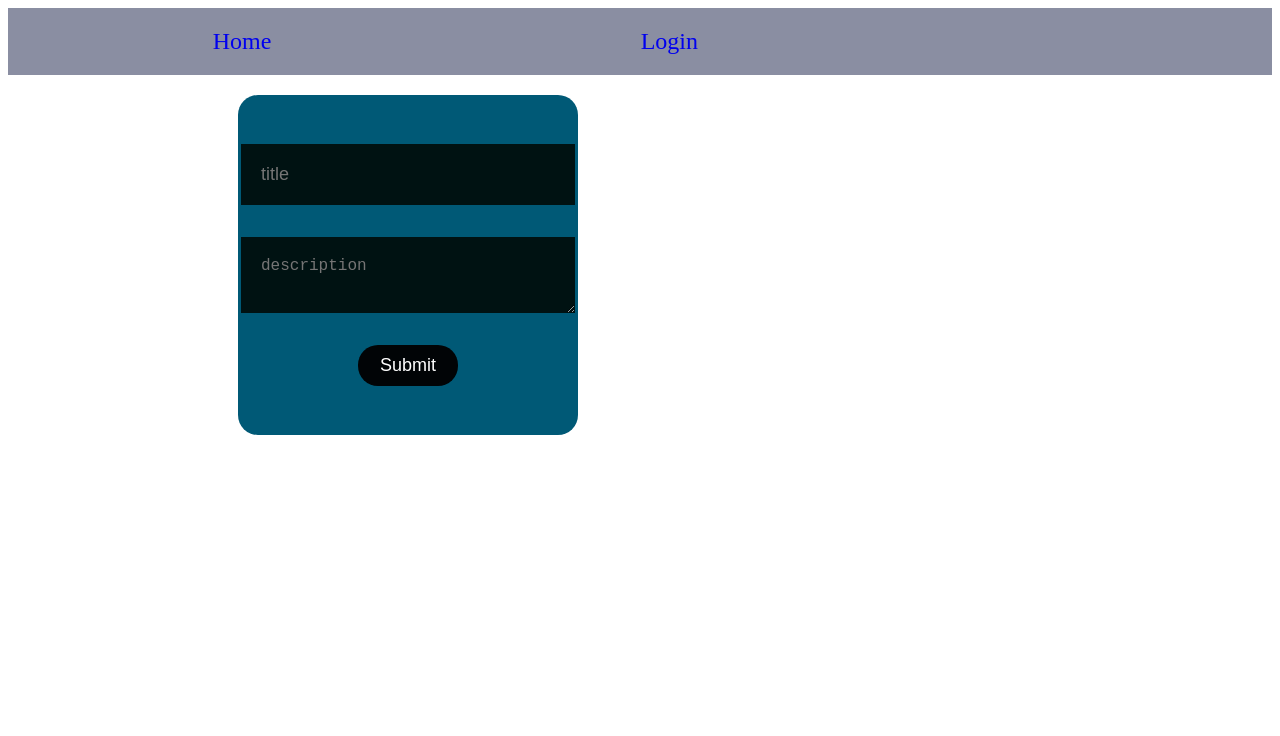
Repository: albinsabu2023/postapp
Page: /createpost
These files come from the project's save history. The page is drawn as it stood at one moment and after a run of saves; the edit follows.
The browser window is 1280 px wide. The pictures show the whole page.
The pointer rests on the first visible `.submitButton`.
The project was rebuilt for these pictures with package versions that can differ from the ones it lists, and the page was loaded fresh each time. Also part of the build but not shown: src/index.css, src/Components/main/PostCard.css, src/Components/main/PostCard.tsx, src/Components/main/Home.css, src/Components/main/Home.tsx, src/Components/Login.tsx.

Above is the page before, as saved 2024-02-06 03:25:04.

After the next 2 saves:
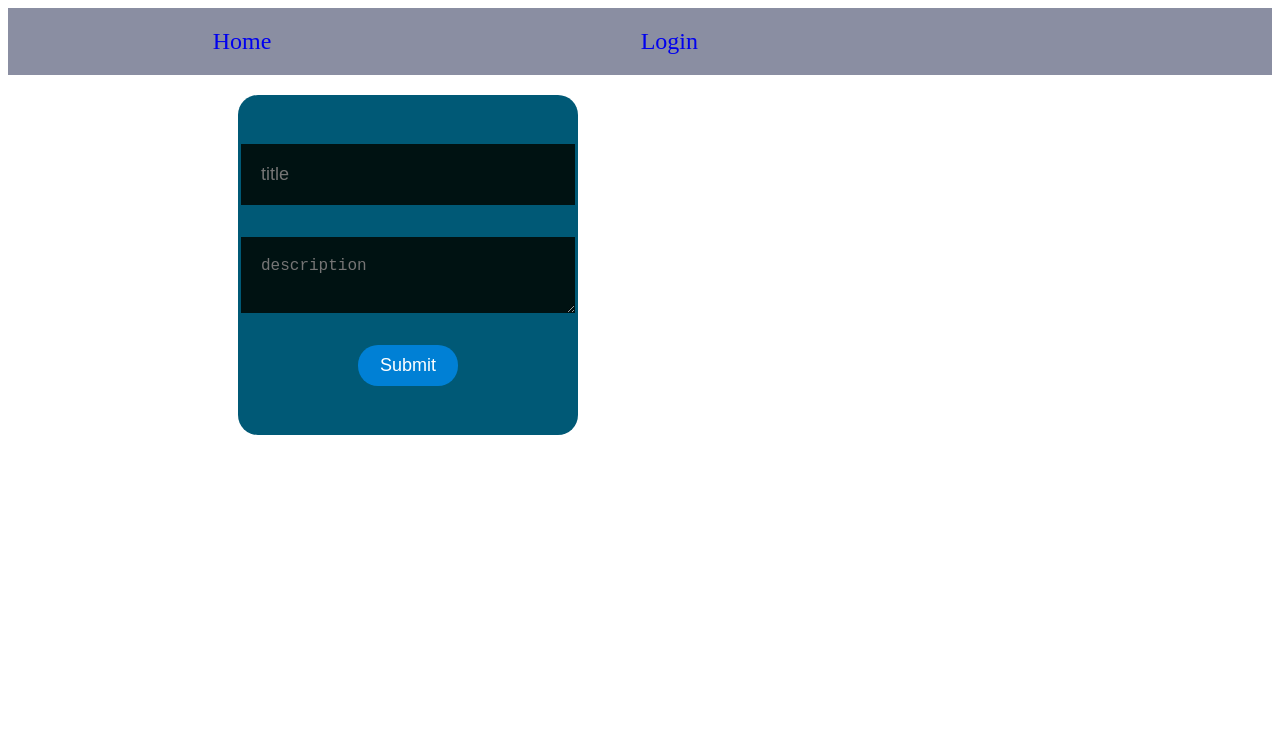
The 2 saves are shown as one change because they came seconds apart.
The last was saved 29 s later.
--- a/src/create-post/CreateForm.css
+++ b/src/create-post/CreateForm.css
@@ -36,7 +36,7 @@
 
 }
 .submitButton:hover {
-    background-color: rgb(1, 4, 6);
+    background-color: rgb(0, 128, 213);
     border-radius: 20px;
     width: 100px;
     cursor: pointer;

After the save that followed:
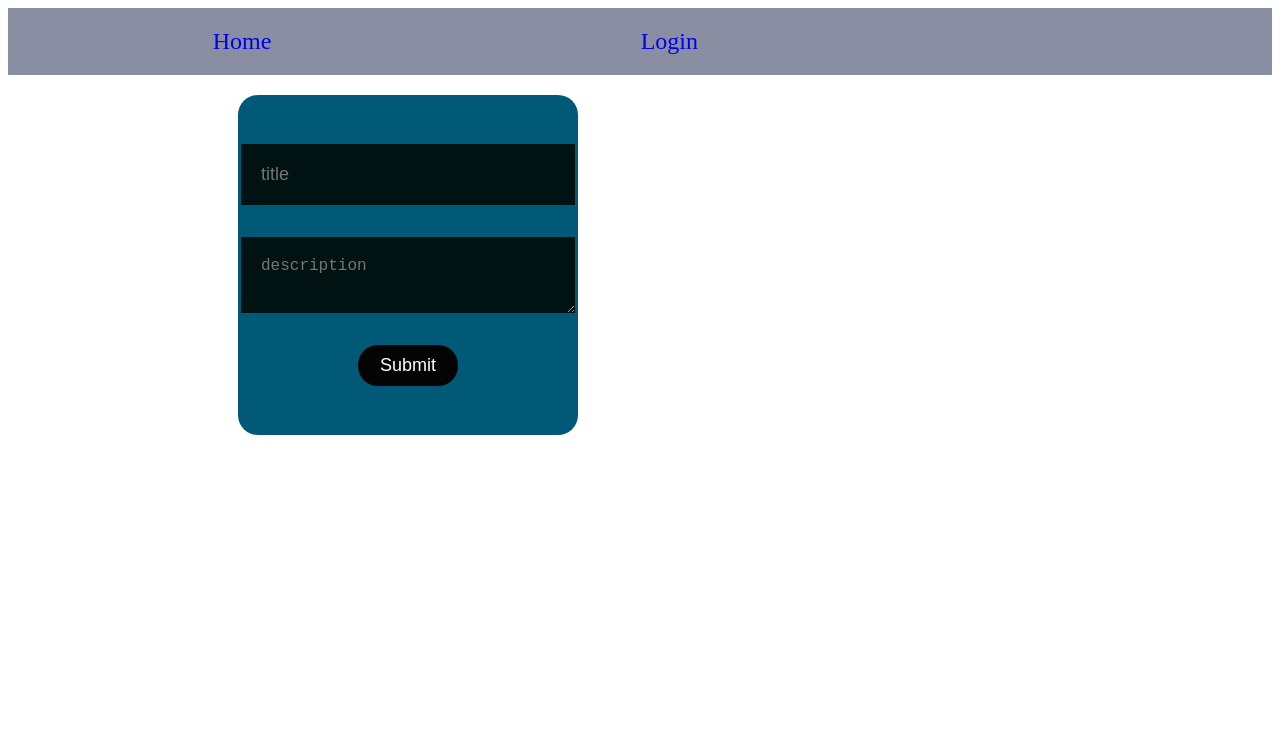
Saved 10 s later.
--- a/src/create-post/CreateForm.css
+++ b/src/create-post/CreateForm.css
@@ -36,7 +36,7 @@
 
 }
 .submitButton:hover {
-    background-color: rgb(0, 128, 213);
+    background-color: rgb(4, 4, 4);
     border-radius: 20px;
     width: 100px;
     cursor: pointer;
